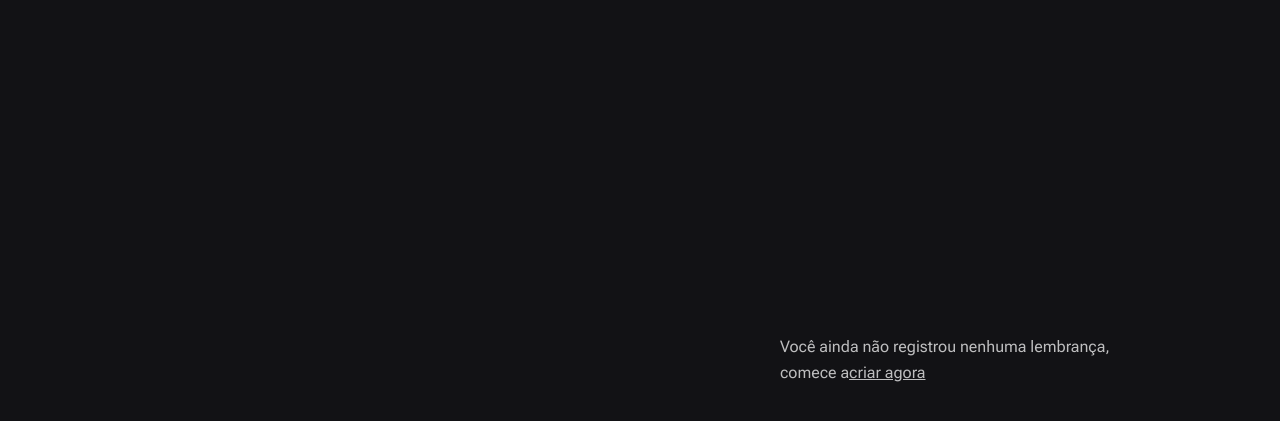
Repository: Herlander929/SpaceTime-nlw
Page: / (app in front-end/)
These files come from the project's save history. The page is drawn as it stood at one moment and after the next save; the edit follows.
The browser window is 1280 px wide. The pictures show the whole page.
Some web fonts or font styles are not loaded; a fallback is used. The project was rebuilt for these pictures with package versions that can differ from the ones it lists, and the page was loaded fresh each time. The framework's server and built-in components were replaced by stand-ins that run in the browser. Also part of the build but not shown: front-end/next.config.js.

Above is the page before, as saved 2023-05-18 18:16:43.

After the next save:
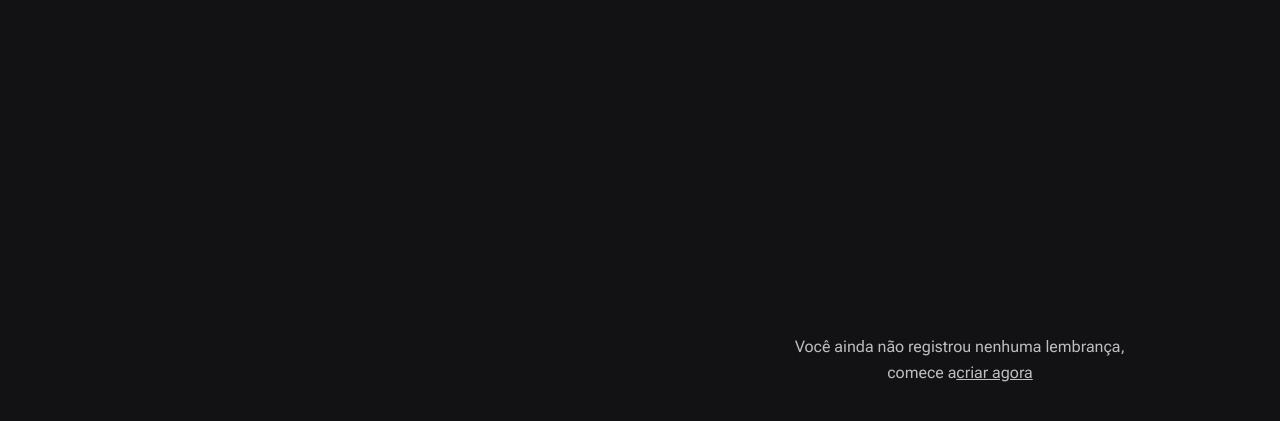
Saved 54 s later.
--- a/front-end/src/app/page.tsx
+++ b/front-end/src/app/page.tsx
@@ -5,7 +5,7 @@ export default function Home() {
   {/*Right*/ }
     <div className="flex flex-col p-16">
      <div className="flex flex-1 items-center justify-center">
-     <p className="w-text-center leading-relaxed w-[360px]">
+     <p className="text-center leading-relaxed w-[360px]">
       Você ainda não registrou nenhuma lembrança, comece a{''}
         <a href="" className="underline hover:text-gray-50">
           criar agora
